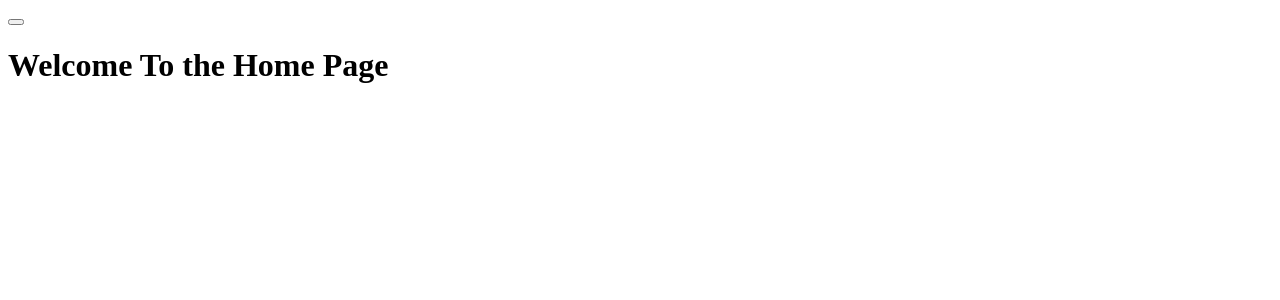
Repository: devgpta19/CDAC-Assignments
Page: http://localhost/CarVehicle/WelcomeHome.jsp
An editor plug-in stored every save of this project. The page is shown before and after the next save, followed by the edit.
The browser window is 1280 px wide. The pictures show the whole page.
The page is served by Tomcat 9.

Above is the page before, as saved 2025-12-11 07:23:47.

After the next save:
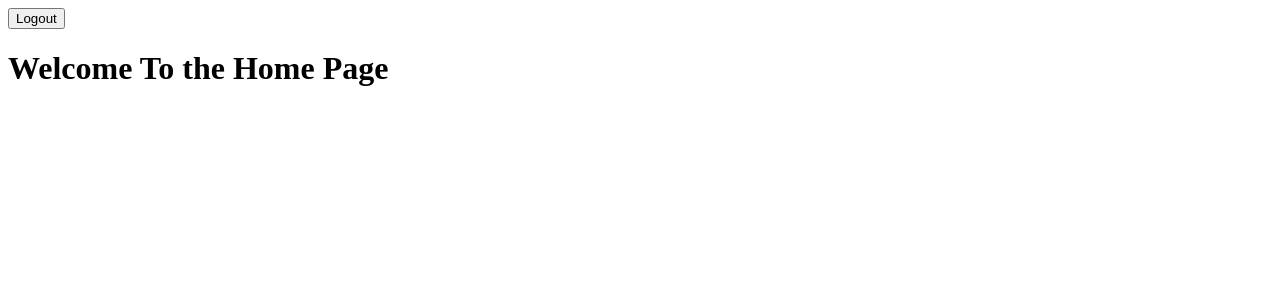
Saved 7 s later.
--- a/Adv.Java/Prac/CarVehicle/src/main/webapp/LogoutBtn.jsp
+++ b/Adv.Java/Prac/CarVehicle/src/main/webapp/LogoutBtn.jsp
@@ -10,7 +10,7 @@
 
 		<form action="logout" method="get">
 
-			<button></button>
+			<button  >Logout</button>
 
 		</form>
 
